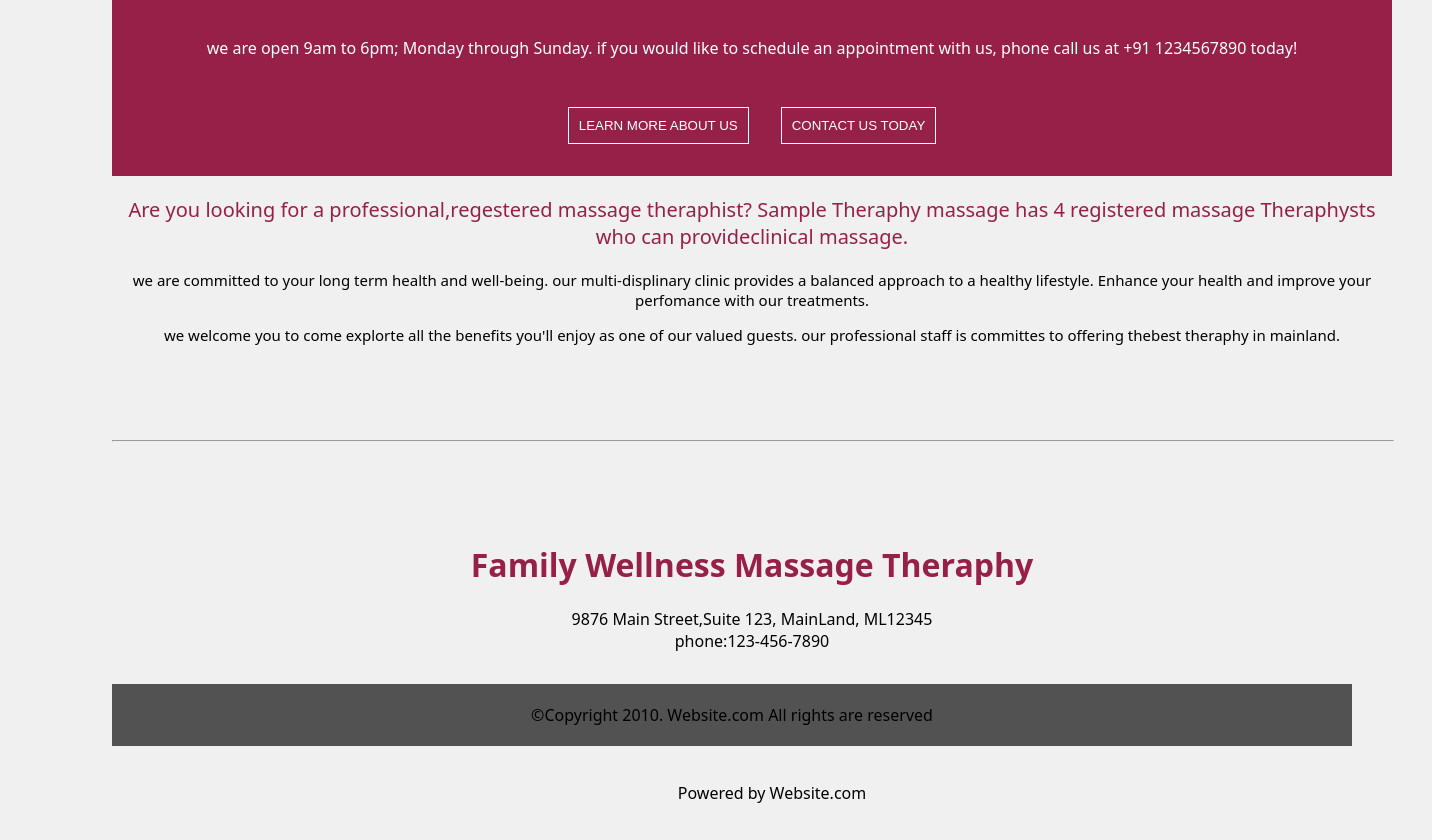
Repository: sriram1224/reactas1.github.io
Page: /
An editor plug-in stored every save of this project. The page is shown before and after the next save, followed by the edit.
The browser window is 1280 px wide. The page is 1432 px wide, so the pictures cover 1432 px, including what lies to the right of the window. The pictures show the part of the page from y = 977 to 1817 px (the page is 1817 px tall).
Some web fonts or font styles are not loaded; a fallback is used. The project was rebuilt for these pictures with package versions that can differ from the ones it lists, and the page was loaded fresh each time.

Above is the page before, as saved 2024-03-05 21:30:40.

After the next save:
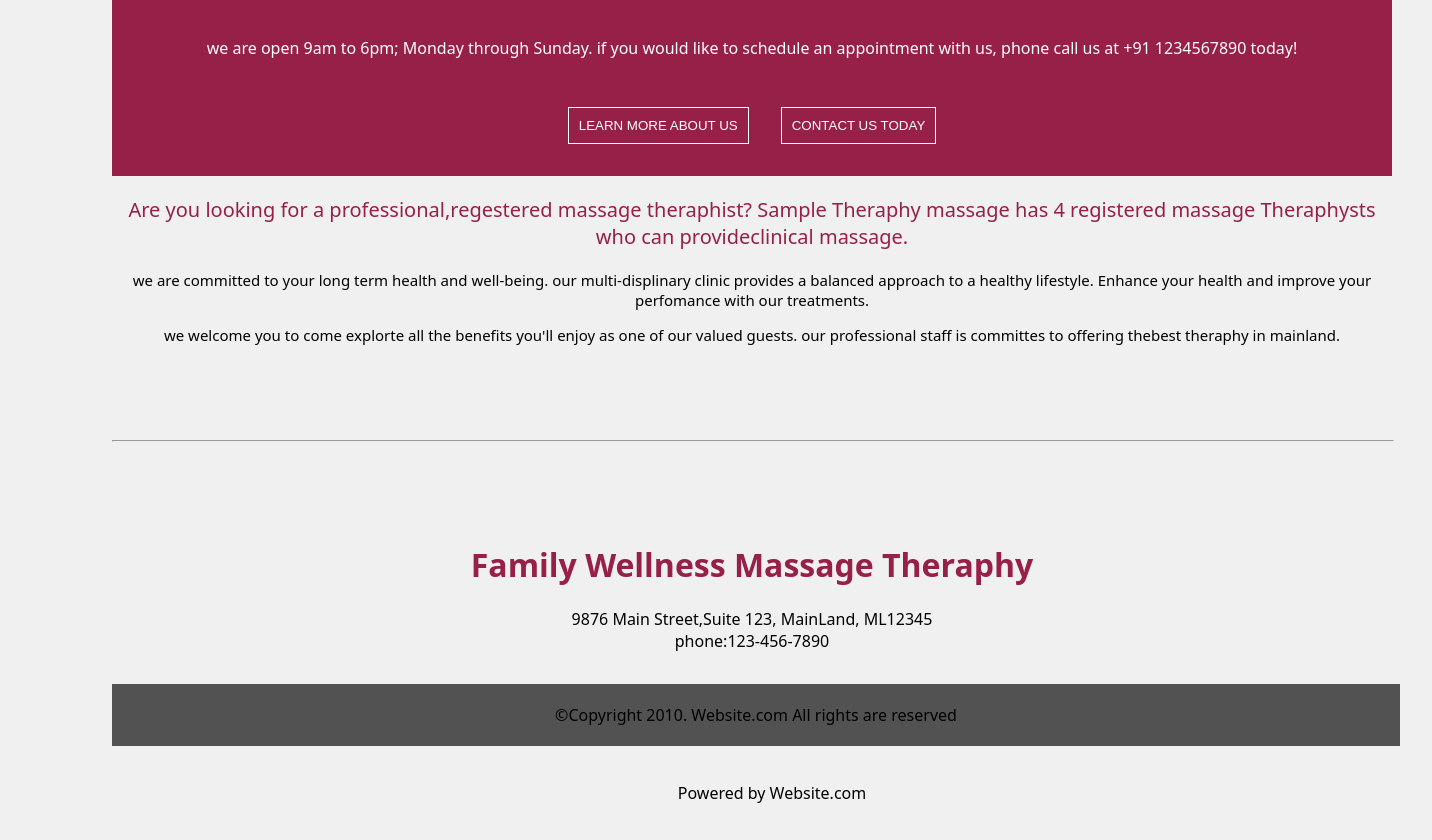
Saved 5 s later.
--- a/src/Components/Footer.css
+++ b/src/Components/Footer.css
@@ -2,7 +2,7 @@
 
     background-color: #535252;
     color: black;
-    width:75rem;
+    width:78rem;
     margin-left: 7rem;
     padding: 20px;
     text-align: center;
